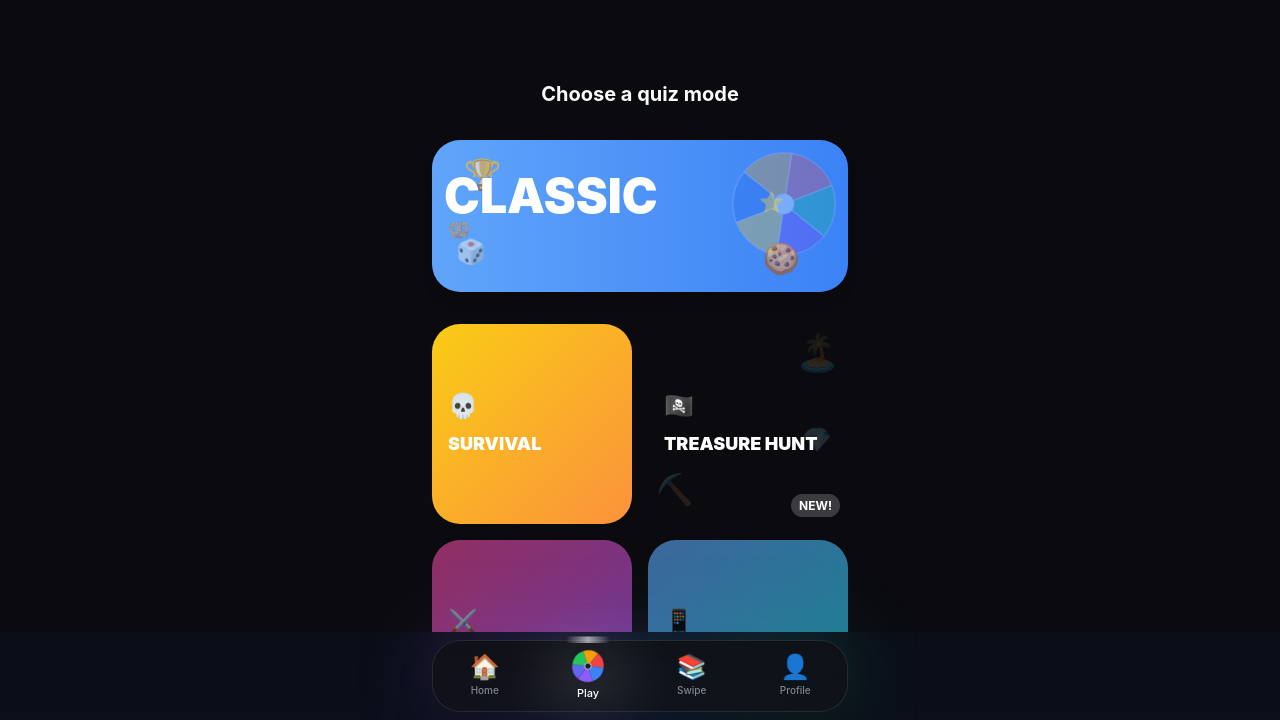
Repository: nirmaldas07/quizify-app
Page: /play
The author's editor kept a copy of each file at every save. The page is drawn from the files as they stood at one save, then again after the next save.
The browser window is 1280 px wide. The pictures show the whole page.
An inner scrolling area shows only its first screen. The project was rebuilt for these pictures with package versions that can differ from the ones it lists, and the page was loaded fresh each time. Some packages were replaced by stand-ins written for this rebuild. Also part of the build but not shown: src/components/Shared/CoinFly.jsx, src/components/GameSystem/AvatarDisplay.jsx, src/components/GameSystem/XPBar.jsx, src/components/GameSystem/EnergyMeter.jsx, src/utils/categories.js, src/components/Home/HeroCard.jsx, src/components/Home/QuickActions.jsx, src/components/Home/CategoryGrid.jsx and 44 more.

Above is the page before, as saved 2025-08-31 23:13:47.

### index.html
<!DOCTYPE html>
<html lang="en">
  <head>
    <meta charset="UTF-8" />
    <meta name="viewport" content="width=device-width, initial-scale=1.0" />
    <link rel="icon" href="data:[embedded picture, 126 characters]">
    <title>Quizify</title>
  </head>
  <body>
    <div id="root"></div>
    <script type="module" src="/src/main.jsx"></script>
  </body>
</html>

### src/App.jsx
// src/App.jsx
import React, { createContext, useContext } from 'react';
import { Routes, Route, Navigate } from "react-router-dom";
import Layout from "./components/Shared/Layout";
import Home from "./components/Home/Home";
import Play from "./components/Play/PlayHome";
import Quiz from "./components/Quiz/Quiz.jsx";
import PartySpin from "./components/Play/PartySpin";
import SwipeQuiz from './components/Swipe/SwipeQuiz.jsx';

// Profile imports
import ProfileHome from "./components/Profile/ProfileHome";
import ProfileLeaderboard from "./components/Profile/Leaderboard";
import ProfileHistory from "./components/Profile/History";
import ProfileRewards from "./components/Profile/Rewards";
import ProfileBadges from "./components/Profile/Badges";
import ProfileAchievements from "./components/Profile/Achievements";
import ProfileStreaks from "./components/Profile/Streaks";
import ProfileQuests from "./components/Profile/Quests";
import ProfileSettings from "./components/Profile/Settings";


// Game System imports
import { useGameState } from './hooks/useGameState';

// Create Game Context
const GameContext = createContext(null);

// Export hook to use game context in components
export const useGame = () => {
  const context = useContext(GameContext);
  if (!context) {
    throw new Error('useGame must be used within GameProvider');
  }
  return context;
};

// Game Provider Wrapper
function GameProvider({ children }) {
  const gameState = useGameState();

  return (
    <GameContext.Provider value={gameState}>
      {children}
    </GameContext.Provider>
  );
}

export default function App() {
  return (
    <GameProvider>
      <Routes>
        <Route element={<Layout />}>
          <Route path="/" element={<Home />} />
          <Route path="/play" element={<Play />} />
          <Route path="/play/party" element={<PartySpin />} />

          {/* Profile routes */}
          <Route path="/profile" element={<ProfileHome />} />
          <Route path="/profile/leaderboard" element={<ProfileLeaderboard />} />
          <Route path="/profile/history" element={<ProfileHistory />} />
          <Route path="/profile/rewards" element={<ProfileRewards />} />
          <Route path="/profile/badges" element={<ProfileBadges />} />
          <Route path="/profile/achievements" element={<ProfileAchievements />} />
          <Route path="/profile/streaks" element={<ProfileStreaks />} />
          <Route path="/profile/quests" element={<ProfileQuests />} />
          <Route path="/profile/settings" element={<ProfileSettings />} />
          <Route path="/swipe" element={<SwipeQuiz />} />
          {/* Old leaders path → redirect */}
          <Route path="/leaders" element={<Navigate to="/profile/leaderboard" replace />} />

          {/* Quiz flow - Update this path when you move Quiz.jsx to Quiz folder */}
          <Route path="/quiz/:category" element={<Quiz />} />

          {/* Fallback */}
          <Route path="*" element={<Home />} />
        </Route>
      </Routes>
    </GameProvider>
  );
}

### src/index.css
@tailwind base;
@tailwind components;
@tailwind utilities;

/* ---------- Base (global) ---------- */
@layer base {
  html, body, #root { height: 100%; background:#000; color:#fff; }

  /* Calm dark surface + crisp type everywhere */
  body { @apply bg-base-bg text-base-text antialiased font-sans; }

  /* Subtle selection tint */
  ::selection { @apply bg-brand-blue/30; }
}

/* ---------- Tiny reusable pieces (optional, but handy) ---------- */
@layer components {
  .card { @apply bg-base-card/90 border border-base-border rounded-2xl p-4; }
  .pill { @apply px-3 py-1 rounded-full bg-white/5 border border-base-border text-xs; }

  .btn-primary {
    @apply bg-brand-blue text-white font-medium rounded-xl px-4 py-2
           hover:bg-brand-blue/90 transition shadow-soft;
  }
  .btn-ghost {
    @apply bg-white/5 border border-base-border text-base-text rounded-xl px-4 py-2
           hover:bg-white/10 transition;
  }
}

### src/components/Play/PlayHome.jsx
//src/components/Play/PlayHome.jsx
import { useState } from "react";
import { useNavigate } from "react-router-dom";
import ClassicMode from "./modes/classic/ClassicMode";
import SurvivalMode from "./modes/survival/SurvivalMode.jsx";
import TreasureHuntMode from "./modes/treasureHunt/TreasureHuntMode.jsx";

const PRIMARY_CATS = [
  { name: "General Knowledge", questions: 50, icon: "🧠", color: "#7C3AED" },
  { name: "Artificial Intelligence", questions: 28, icon: "🤖", color: "#10B981" },
  { name: "Fun facts", questions: 30, icon: "🎉", color: "#EF4444" },
  { name: "Science", questions: 45, icon: "🧪", color: "#F59E0B" },
  { name: "History", questions: 42, icon: "🏺", color: "#2563EB" },
  { name: "Geography", questions: 38, icon: "🗺️", color: "#FACC15" }
];

const WHEEL_CATEGORIES = PRIMARY_CATS.slice(0, 6);
const sliceAngle = 360 / WHEEL_CATEGORIES.length;

function ModesGrid({ onModeSelect, onNavigateHome }) {
  return (
    <div className="fixed inset-0 bg-base-bg text-base-text overflow-hidden">
      <div className="h-full overflow-y-auto mx-auto max-w-md px-4 pt-[calc(env(safe-area-inset-top)+5rem)] pb-[calc(env(safe-area-inset-bottom)+5.25rem)]">
        <header className="flex items-center mb-8">
          <h1 className="text-center text-xl font-bold w-full">Choose a quiz mode</h1>
        </header>

        <div className="space-y-8">
          <button
            onClick={() => onModeSelect('classic')}
            className="w-full relative overflow-hidden rounded-3xl bg-gradient-to-r from-blue-400 to-blue-500 p-8 text-left shadow-lg hover:shadow-xl transition-all active:scale-[0.98]"
          >
            <div className="absolute top-0 right-0 w-32 h-32 opacity-30">
              <svg viewBox="0 0 100 100" className="w-full h-full animate-spin" style={{ animationDuration: '20s' }}>
                {WHEEL_CATEGORIES.map((cat, i) => {
                  const start = i * sliceAngle;
                  const end = start + sliceAngle;
                  const largeArc = sliceAngle > 180 ? 1 : 0;
                  const sr = (Math.PI * start) / 180;
                  const er = (Math.PI * end) / 180;
                  const x1 = 50 + 40 * Math.cos(sr);
                  const y1 = 50 - 40 * Math.sin(sr);
                  const x2 = 50 + 40 * Math.cos(er);
                  const y2 = 50 - 40 * Math.sin(er);
                  return (
                    <path
                      key={i}
                      d={`M50,50 L${x1},${y1} A40,40 0 ${largeArc} 0 ${x2},${y2} Z`}
                      fill={cat.color}
                      stroke="white"
                      strokeWidth="0.5"
                    />
                  );
                })}
                <circle cx="50" cy="50" r="8" fill="white"/>
              </svg>
            </div>

            <div className="absolute top-4 left-8 text-3xl opacity-60">🏆</div>
            <div className="absolute top-12 right-16 text-xl opacity-40">⭐</div>
            <div className="absolute bottom-6 left-6 text-2xl opacity-50">🎲</div>
            <div className="absolute bottom-4 right-12 text-3xl opacity-60">🍪</div>
            <div className="absolute top-1/2 left-4 text-lg opacity-40">🥨</div>

            <h2 className="text-5xl font-black text-white mb-10 relative z-10" style={{transform: 'translateX(-20px)'}}>CLASSIC</h2>
          </button>

          <div className="grid grid-cols-2 gap-4">
            <button
              onClick={() => onModeSelect('survival')}
              className="aspect-square rounded-3xl bg-gradient-to-br from-yellow-400 to-orange-400 p-4 text-left hover:shadow-xl transition-all active:scale-[0.98] relative overflow-hidden"
            >
              <div className="text-2xl mb-2">💀</div>
              <h4 className="text-lg font-black text-white">SURVIVAL</h4>
            </button>

            <button
              onClick={() => onModeSelect('treasureHunt')}
              className="aspect-square rounded-3xl bg-gradient-to-br from-navyblue-400 to-purple-500 p-4 text-left hover:shadow-xl transition-all active:scale-[0.98] relative overflow-hidden"
            >
              {/* Animated island background */}
              <div className="absolute inset-0 opacity-20">
                <div className="absolute top-2 right-2 text-4xl animate-pulse">🏝️</div>
                <div className="absolute bottom-2 left-2 text-3xl animate-bounce" style={{ animationDelay: '0.5s' }}>⛏️</div>
                <div className="absolute top-1/2 right-4 text-2xl animate-pulse" style={{ animationDelay: '1s' }}>💎</div>
              </div>
              <div className="text-2xl mb-2 relative z-10">🏴‍☠️</div>
              <h4 className="text-lg font-black text-white relative z-10">TREASURE HUNT</h4>
              <div className="absolute bottom-2 right-2">
                <span className="text-xs bg-white/20 px-2 py-1 rounded-full text-white font-bold">NEW!</span>
              </div>
            </button>

            <button
              disabled
              className="aspect-square rounded-3xl bg-gradient-to-br from-pink-500 to-purple-500 p-4 text-left opacity-60"
            >
              <div className="text-2xl mb-2">⚔️</div>
              <h4 className="text-lg font-black text-white">SURVIVAL ARENA</h4>
            </button>

            <button
              disabled
              className="aspect-square rounded-3xl bg-gradient-to-br from-blue-400 to-cyan-400 p-4 text-left opacity-60"
            >
              <div className="text-2xl mb-2">📱</div>
              <h4 className="text-lg font-black text-white">TRIVIA VIDEO</h4>
            </button>
          </div>
        </div>
      </div>
    </div>
  );
}

export default function PlayHome() {
  const [selectedMode, setSelectedMode] = useState(null);
  const navigate = useNavigate();

  const handleModeSelect = (mode) => {
    if (mode === 'classic') {
      setSelectedMode('classic');
    } else if (mode === 'survival') {
      setSelectedMode('survival');
    } else if (mode === 'treasureHunt') {
      setSelectedMode('treasureHunt');
    }
  };

  const handleNavigateHome = () => {
    navigate('/');
  };

  const handleBackToModes = () => {
    setSelectedMode(null);
  };

  // Render the selected mode
  if (selectedMode === 'classic') {
    return <ClassicMode onBack={handleBackToModes} />;
  }

  if (selectedMode === 'survival') {
    return <SurvivalMode onBack={handleBackToModes} />;
  }

  if (selectedMode === 'treasureHunt') {
    return <TreasureHuntMode onBack={handleBackToModes} />;
  }

  // Default: show mode selection screen (this is what users see first)
  return (
    <ModesGrid
      onModeSelect={handleModeSelect}
      onNavigateHome={handleNavigateHome}
    />
  );
}

Loaded but not shown: src/main.jsx (common file); src/hooks/useGameState.js (184 lines, source omitted); src/utils/gameConstants.js (98 lines, source omitted); tailwind.config.js (53 lines, source omitted); src/components/Shared/Layout.jsx (453 lines, source omitted)

After the next save:
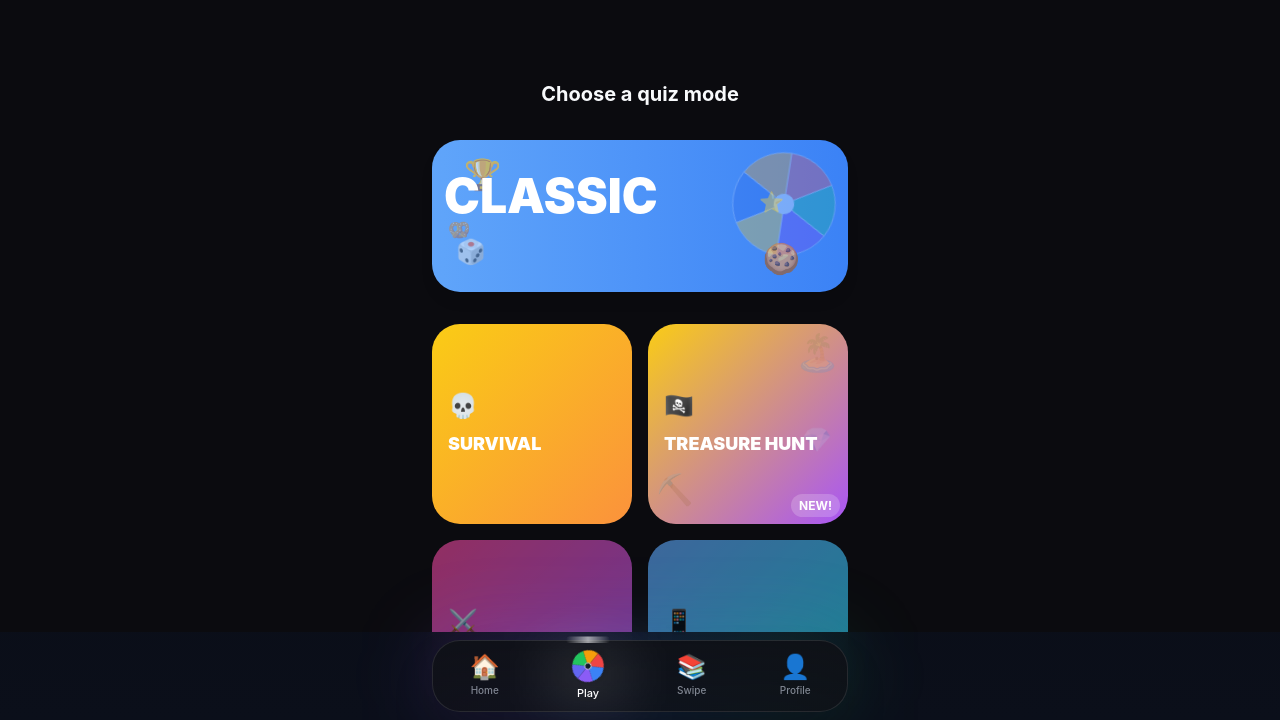
Saved 7 s later.
--- a/src/components/Play/PlayHome.jsx
+++ b/src/components/Play/PlayHome.jsx
@@ -76,7 +76,7 @@ function ModesGrid({ onModeSelect, onNavigateHome }) {
 
             <button
               onClick={() => onModeSelect('treasureHunt')}
-              className="aspect-square rounded-3xl bg-gradient-to-br from-navyblue-400 to-purple-500 p-4 text-left hover:shadow-xl transition-all active:scale-[0.98] relative overflow-hidden"
+              className="aspect-square rounded-3xl bg-gradient-to-br from-yellow-400 to-purple-500 p-4 text-left hover:shadow-xl transition-all active:scale-[0.98] relative overflow-hidden"
             >
               {/* Animated island background */}
               <div className="absolute inset-0 opacity-20">
